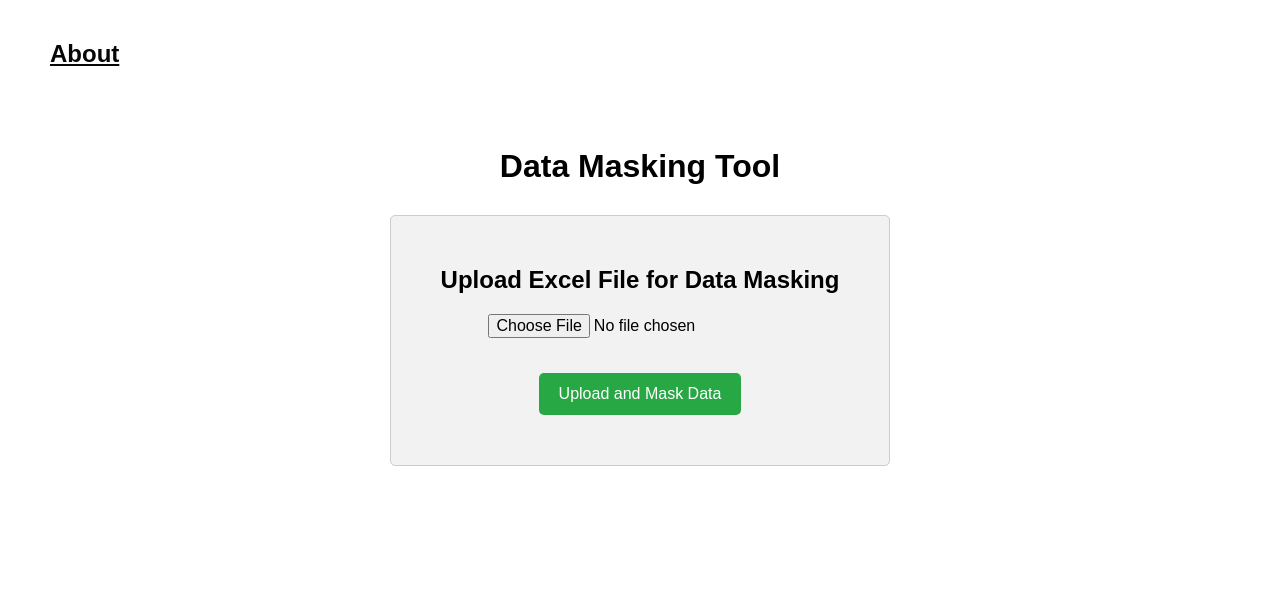
Repository: prithika12/DataMasking_Tool
Page: index.html
The author's editor kept a copy of each file at every save. The page is drawn from the files as they stood at one save, then again after the next save.
The browser window is 1280 px wide. The pictures show the whole page.

Above is the page before, as saved 2024-07-09 12:29:36.

After the next save:
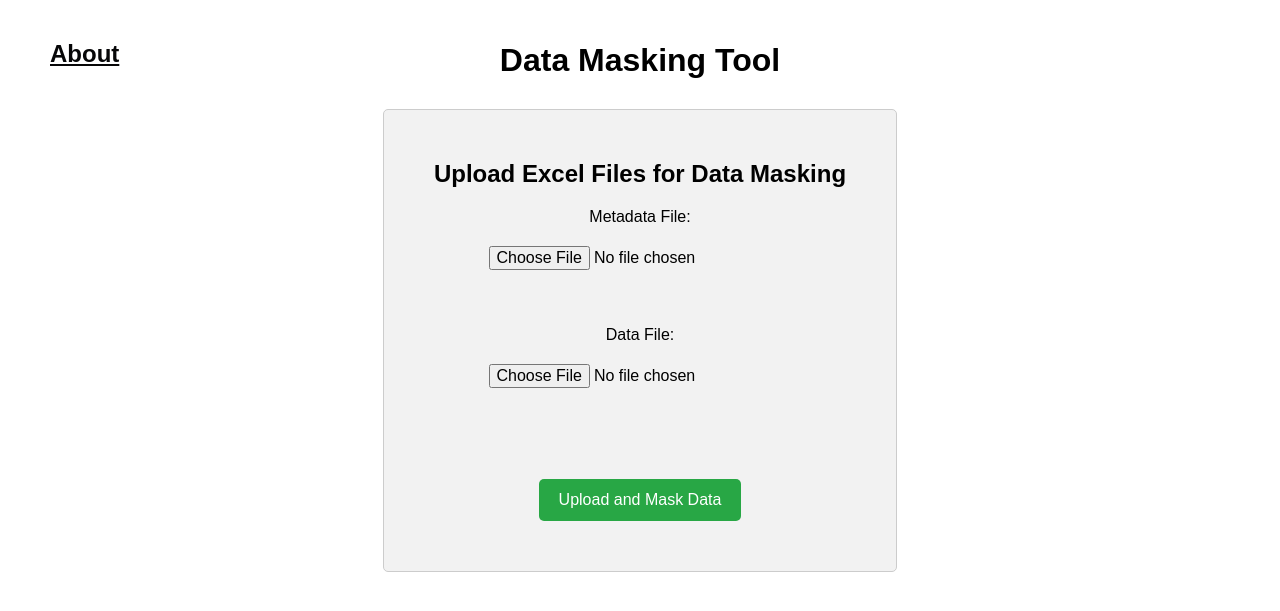
Saved 12 days later.
--- a/index.html
+++ b/index.html
@@ -7,9 +7,14 @@
 <body>
     <h1>Data Masking Tool</h1>
     <div class="container">
-        <h2>Upload Excel File for Data Masking</h2>
+        <h2>Upload Excel Files for Data Masking</h2>
         <form action="/uploader" method="post" enctype="multipart/form-data">
-            <input type="file" name="file" accept=".xlsx">
+            <label for="metadata_file">Metadata File:</label>
+            <input type="file" name="metadata_file" accept=".xlsx" required>
+            <br><br>
+            <label for="data_file">Data File:</label>
+            <input type="file" name="data_file" accept=".xlsx" required>
+            <br><br>
             <button type="submit">Upload and Mask Data</button>
         </form>
     </div>
